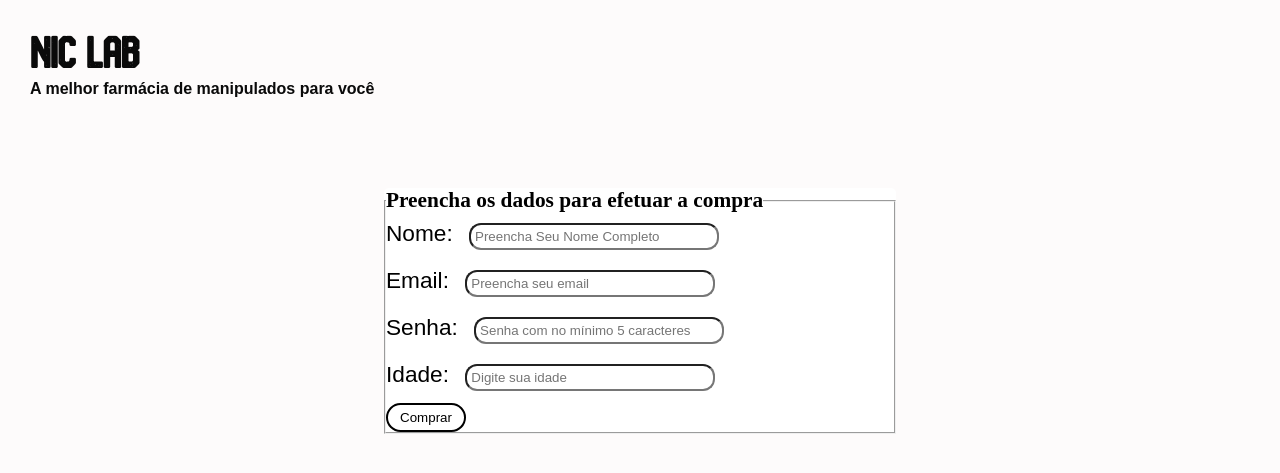
Repository: Leonngc/Lab
Page: comprar.html
An editor plug-in stored every save of this project. The page is shown before and after a run of saves, followed by the edit.
The browser window is 1280 px wide. The pictures show the whole page.

Above is the page before, as saved 2022-12-30 12:39:55.

### comprar.html
<!DOCTYPE html>
<html lang="en">
<head>
    <meta charset="UTF-8">
    <meta http-equiv="X-UA-Compatible" content="IE=edge">
    <meta name="viewport" content="width=device-width, initial-scale=1.0">
    <title>Nic Lab</title>
    <link rel="stylesheet" href="styles/pag-compra.css">
</head>
<body>
    <header id="tit">
        <h1 id="main">NIC LAB</h1>
        <h4 id="sub">A melhor farmácia de manipulados para você</h4>
    </header>
 <div id="formu">

     <form action="js/compra.js" method="post">
         <fieldset>
            <legend><h4>Preencha os dados para efetuar a compra</h4></legend>
            <label for="nome">Nome: </label> <input id="nome" type="text" class="dados" required autocomplete="name" minlength="3" placeholder="Preencha seu nome completo"> <br>
            <label for="email">Email</label>: <input type="email" name="" id="email" class="dados" required autocomplete="email" placeholder="Preencha seu email"> <br>
            <label for="senha">Senha:</label> <input type="password" name="" id="senha" class="dados" required placeholder="Senha com no mínimo 5 caracteres"minlength="5" maxlength="10"> <br>
            <label for="idade">Idade:</label> <input type="number" name="idade" id="idade" class="dados" required maxlength="2" placeholder="Digite sua idade"> <br>
            <input type="submit" value="Comprar" id="compra" onclick="comprar()">
         </fieldset>

     </form>
 </div>
<script src="compra.js"></script>
</body>
</html>

### styles/pag-compra.css
@font-face {
    font-family: Safety;
    src: url(../fonts/No\ Safety\ Zone.ttf);
}

*{
    margin: 0;
    padding: 0;
    box-sizing: border-box;
}

header#tit{
    margin-left: 30px;
    margin-top: 30px;
    color: #0a0a0a;


}
h1{
    font-family: Safety;
    font-size: 32pt ;
}
h4#sub{
    font-family:Arial, Helvetica, sans-serif;
    font-size: 12pt;
}
h2#tit2{
    text-align: center;
    font-family: cursive;
}
body{
    background-color: #fdfbfb;
}

div#formu{
    background-color: #ffffff;
    font-size: 17pt;
    font-family: Arial, Helvetica, sans-serif;
    text-align: justify;
    margin: auto;
    margin-top: 90px;
    width: 40%;
    border-radius: 5px;

}
legend{
    font-size: 16pt;
    font-family: cursive;
}


#compra{
    background-color: #ffffff;
    border: 2px black solid;
    border-radius: 20px;
    padding: 5px;
    width: 80px;
    margin: auto;
}

input#nome{
    text-transform: capitalize;
}

.dados{
    border-radius: 12px;
    width: 250px;
    padding: 4px;
    margin: 10px;
}

### js/compra.js
function comprar(){
    let nome = document.getElementById('nome').value
    let idade = document.getElementById('idade').value
   if(idade < 18){
    alert('Infelizmente você não pode efetuar sua compra, pois você é menor de idade!')
   }else{
    window.location.href = "confirm.html"
    let res = document.getElementById('res')
    res.innerHTML = `${nome}, sua compra foi confirmada. agradecemos por confiar na <strong>Nic Lab</strong>`
}
}

After the next 3 saves:
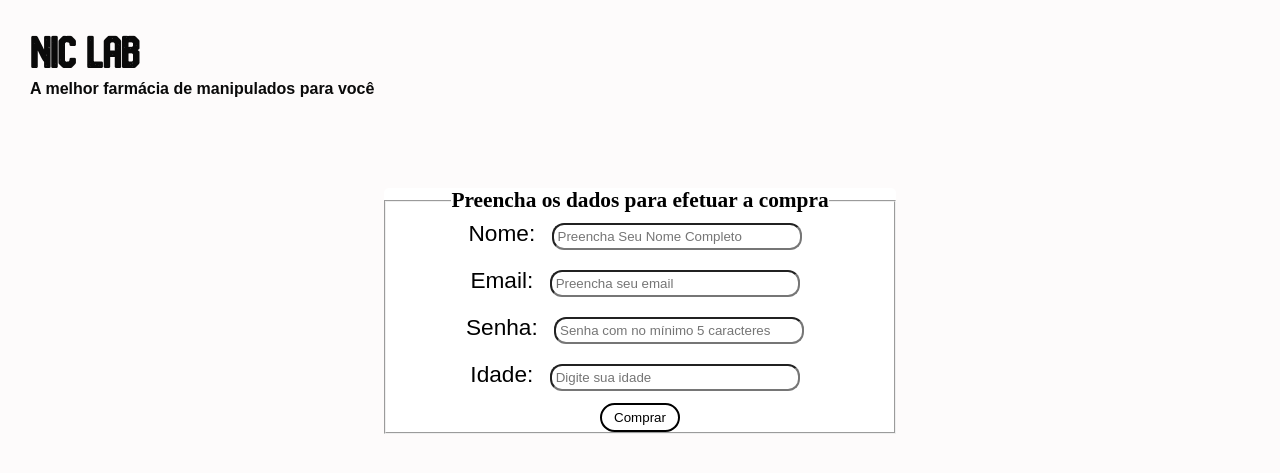
The 3 saves are shown as one change because they came seconds apart.
The last was saved 8 s later.
--- a/styles/pag-compra.css
+++ b/styles/pag-compra.css
@@ -47,7 +47,9 @@ legend{
     font-size: 16pt;
     font-family: cursive;
 }
-
+ form{
+    text-align: center;
+ }
 
 #compra{
     background-color: #ffffff;
